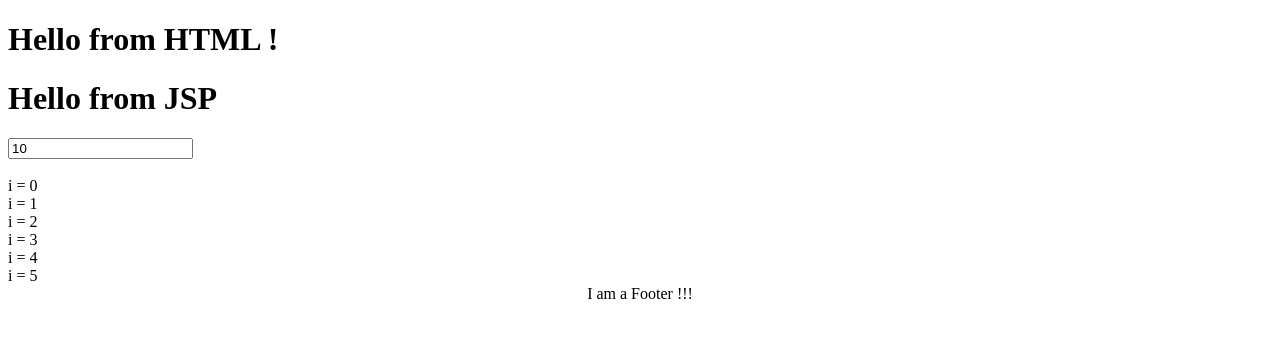
Repository: StarCoder09/JavaWorkspace
Page: http://localhost/JSP_demo/
These files come from the project's save history. The page is drawn as it stood at one moment and after the next save; the edit follows.
The browser window is 1280 px wide. The pictures show the whole page.
The page is served by Tomcat 9.

Above is the page before, as saved 2021-06-30 11:23:24.

After the next save:
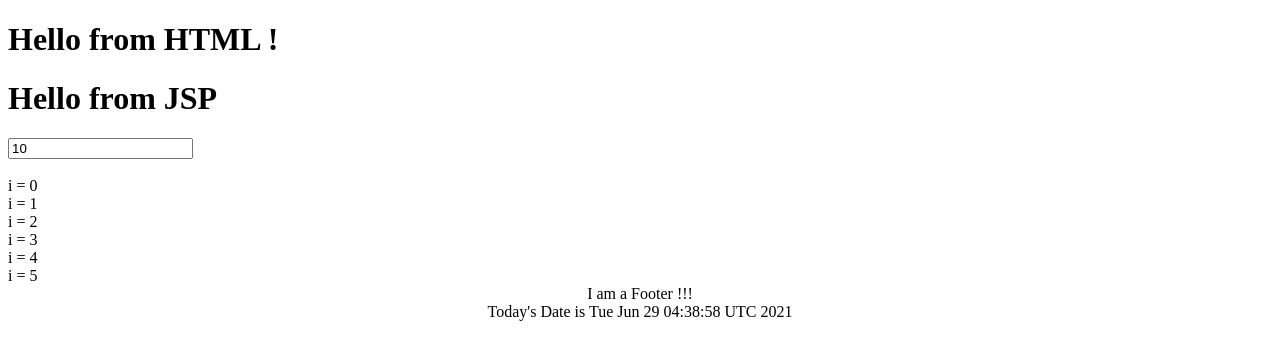
Saved 4 min 38 s later.
--- a/JSP_demo/src/main/webapp/index.jsp
+++ b/JSP_demo/src/main/webapp/index.jsp
@@ -1,3 +1,4 @@
+<%@ page import="java.util.Date" %>
 <%@ page language="java" contentType="text/html; charset=ISO-8859-1"
     pageEncoding="ISO-8859-1"%>
 <!DOCTYPE html>
@@ -22,5 +23,8 @@
 		%>
 
 		<%@include file="footer.html" %>
+		<div align="center">
+			Today's Date is <%= new Date() %>
+		</div>
 	</body>
 </html>
